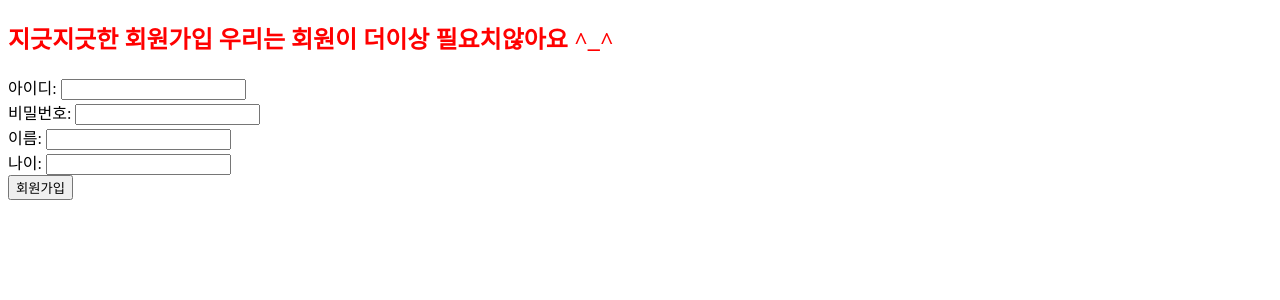
Repository: SouthSea0613/401_Unauthorized_java
Page: http://localhost/1129/joinform.jsp
The author's editor kept a copy of each file at every save. The page is drawn from the files as they stood at one save, then again after the next save.
The browser window is 1280 px wide. The pictures show the whole page.
The page is served by Tomcat 9. Nobody is signed in. The application's start-up code is not run.

Above is the page before, as saved 2024-12-01 23:51:59.

After the next save:
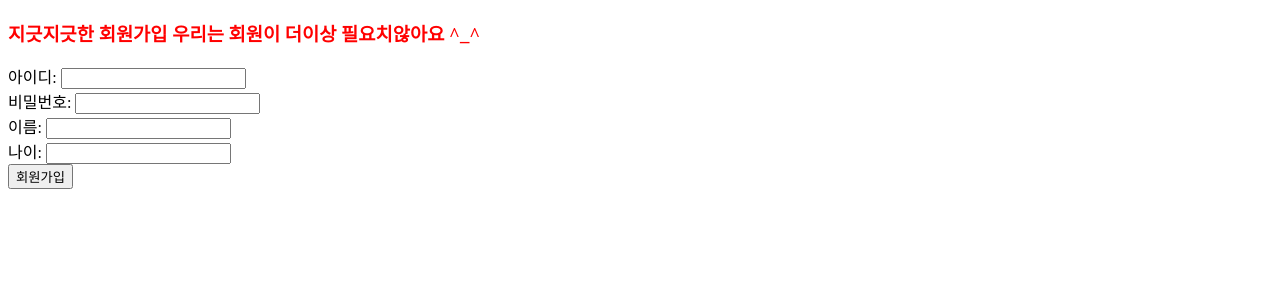
Saved 22 s later.
--- a/1129/src/main/webapp/joinform.jsp
+++ b/1129/src/main/webapp/joinform.jsp
@@ -7,7 +7,7 @@
 <title>회원가입 싫어</title>
 </head>
 <body>
-<h2 style="color: red";>지긋지긋한 회원가입 우리는 회원이 더이상 필요치않아요 ^_^</h2>
+<h3 style="color: red";>지긋지긋한 회원가입 우리는 회원이 더이상 필요치않아요 ^_^</h3>
 <form action="join" method="post">
 아이디: <input type="text" name="id"><br>
 <!-- 파라미터네임을 네임에 넣자 -->
